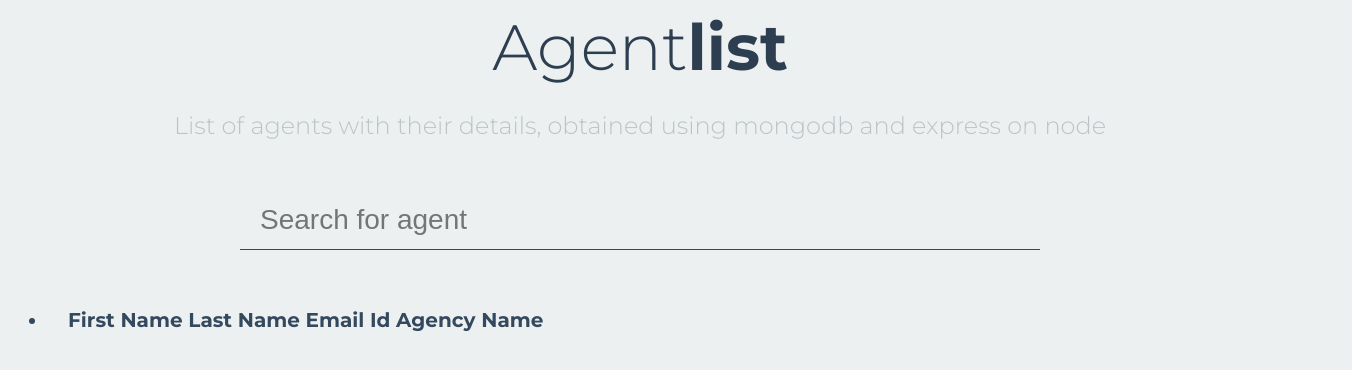
Repository: Anoofs/JsonListView
Page: http://localhost/
The author's editor kept a record of every edit. The page is drawn from the files as they stood at one moment, then again after the next edit.
The browser window is 1280 px wide. The page is 1352 px wide, then 1312 px, so the pictures cover 1352 px, including what lies to the right of the window. The pictures show the whole page.
The page is served by the project's Node server (json_table/index.js). Other server files are loaded and not shown. Queries for data that is not in the repository find no rows.

Above is the page before.

### environment/json_table/views/index.html
<head>
    <link rel="stylesheet" href="app.css" type="text/css" />
    <script
      src="https://code.jquery.com/jquery-3.3.1.min.js"
      integrity="sha256-FgpCb/KJQlLNfOu91ta32o/NMZxltwRo8QtmkMRdAu8="
      crossorigin="anonymous">
    </script>
</head>

<body>
    <header>
        <h1>Agent<span>list</span></h1>
        <h2>List of agents with their details, obtained using mongodb and express on node</h2>
    </header>
    <section class="form">
        <input type="text" id="findInput" placeholder="Search for agent" >
    </section>
    <ul class="list">
        <li class="headRow">
            <th class="firstName">
                First Name
            </th>
            <th class="lastName">
                Last Name
            </th>
            <th class="email">
                Email Id
            </th>
            <th class="agency">
                Agency Name
            </th>
        </li>
    </ul>

<script type="text/javascript" src="app.js"></script>
</body>

### environment/json_table/index.js
const express = require('express'),
    app = express(),
    bodyParser = require('body-parser');

const port = process.env.PORT;

const agentRoutes = require('./routes/agentRoutes');

app.use(bodyParser.json());
app.use(bodyParser.urlencoded({extended: true}));
app.use('/api/agents', agentRoutes);
app.use(express.static(__dirname + '/views'));
app.use(express.static(__dirname + '/public'));

app.listen(port, () => {
    console.log("App is running on port " + port);
});

app.get('/', (req, res) => {
    res.sendFile("index.html");
});

### environment/json_table/public/app.css
@import url('https://fonts.googleapis.com/css?family=Montserrat:300,400,700');

body {
    font-family: 'Montserrat', sans-serif;
    background: #ecf0f1;
}

header {
    text-align: center;
}

header h1 {
    font-size: 64px;
    font-weight: 300;
    margin: 0 0 25px;
    color: #2c3e50;
}

header h1 span {
    font-weight: 700;
}

header h2 {
    color: #bdc3c7;
    font-weight: 300;
}

.form {
    width: 800px;
    margin: 50px auto 20px;
}

#findInput {
    width: 100%;
    height: 60px;
    background: none;
    border: none;
    border-bottom: 1px solid #34495e;
    outline: none;
    font: 300 28px 'Ubuntu', sans-serif;
    padding: 20px;
    color: #34495e;
}

.list {
    width: 100%;
    margin: 40px auto;
}

.headRow {
    width: 100%;
    height: 60px;
    line-height: 60px;
    font-size: 20px;
    padding: 0 20px;
    color: #34495e;
    font-weight: bold;
}

.agent {
    width: 100%;
    height: 60px;
    line-height: 60px;
    font-size: 20px;
    padding: 0 20px;
    color: #34495e;
    transition: all .3s ease;
    text-align: center;
}

.agent:hover {
    background: rgba(0, 0, 0, 0.2);
    cursor: pointer;
}

.agent:hover span {
    opacity: 1;
}

### environment/json_table/public/app.js
$(document).ready(function() {
    $.getJSON("/api/agents")
    .then(addAgents);

    $('#findInput').keyup((event) => {
        if($('#findInput').val()!="") {
            searchAgents();
        }
        else {
            $.getJSON("/api/agents")
            .then(addAgents);
        }
    })
});

function addAgents(agents) {
    agents.forEach(function(agent) {
        var newAgent = $('<tr class="agent">' +
                            '<td>' + agent.firstname + '</td>' +
                            '<td>' + agent.lastname + '</td>' +
                            '<td>' + agent.email + '</td>'  +
                            '<td>' + agent.agency_name + '</td>' +
                        '</tr>');
        $('.list').append(newAgent);
    });
}

function searchAgents() {
    var searchText = $('#findInput').val();
    $.get('/api/agents/find', {search: searchText})
    .then(function(agents) {
        $('.list').empty();
        agents.forEach((agent) => {
            var newAgent = $('<tr class="agent">' +
                    '<td>' + agent.firstname + '</td>' +
                    '<td>' + agent.lastname + '</td>' +
                    '<td>' + agent.email + '</td>'  +
                    '<td>' + agent.agency_name + '</td>' +
                '</tr>');
            $('.list').append(newAgent);
        });
    })
    .catch(function(err) {
        console.log(err);
    })
}

// '<tr class="headRow"><th class="firstName">First Name</th><th class="lastName">Last Name</th><th class="email">Email Id</th><th class="agency">Agency Name</th></tr>'

// <tr class="headRow">
//     <th class="firstName">
//         First Name
//     </th>
//     <th class="lastName">
//         Last Name
//     </th>
//     <th class="email">
//         Email Id
//     </th>
//     <th class="agency">
//         Agency Name
//     </th>
// </tr>

### environment/json_table/routes/agentRoutes.js
const express = require('express');
const router = express.Router();
const db = require('../models');

router.get('/', function(req, res) {
    db.Agents.find().limit(50)
    .then((agents) => {
        res.json(agents);
    })
    .catch((err) => {
        res.send(err);
    })
});

router.get('/find', function(req, res) {
    db.Agents.find({ $text: { $search: req.query.search } })
    .then((agents) => {
        res.send(agents);
    })
    .catch((err) => {
        res.send(err);
    })
})

module.exports = router;

After the next edit:
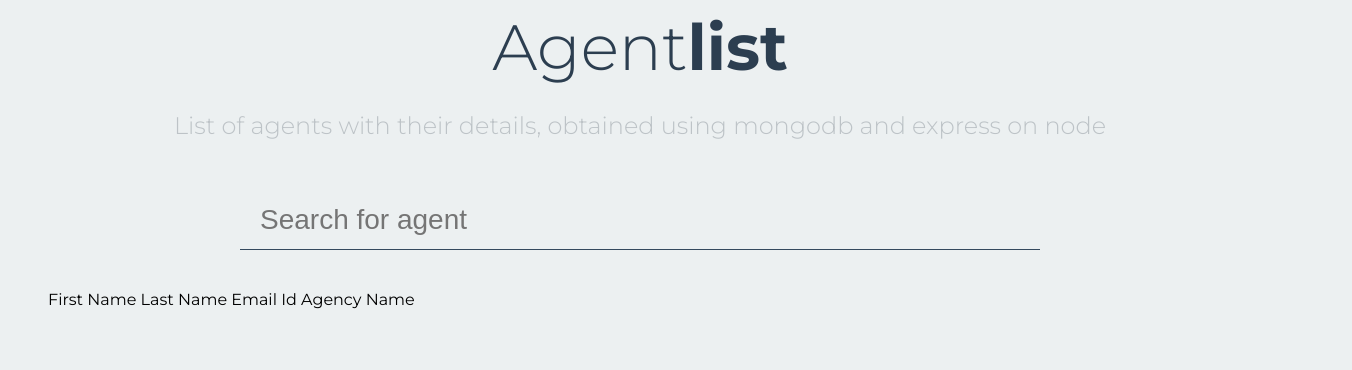
The edit:
--- a/environment/json_table/views/index.html
+++ b/environment/json_table/views/index.html
@@ -16,7 +16,7 @@
         <input type="text" id="findInput" placeholder="Search for agent" >
     </section>
     <ul class="list">
-        <li class="headRow">
+        <tr class="headRow">
             <th class="firstName">
                 First Name
             </th>
